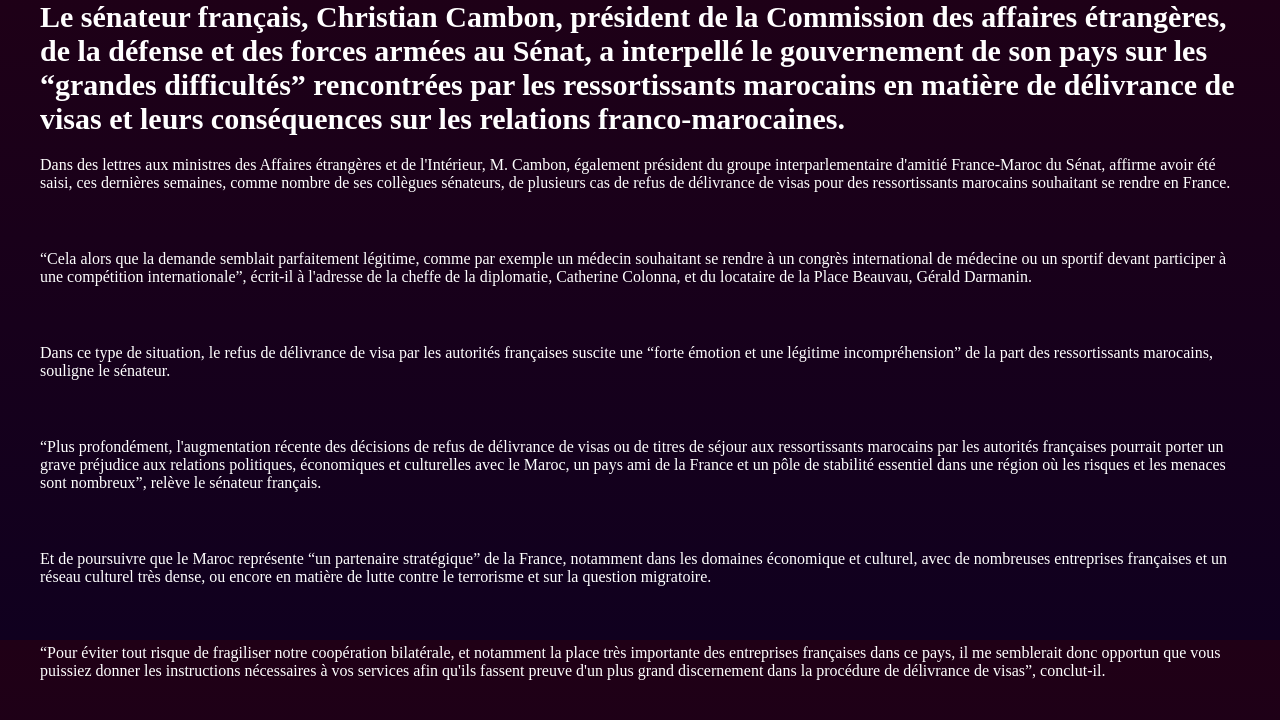
Repository: SD-Mdouka/site-n-b
Page: /
These files come from the project's save history. The page is drawn as it stood at one moment and after the next save; the edit follows.
The browser window is 1280 px wide. The pictures show the part of the page from y = 800 to 1520 px (the page is 1520 px tall before and 1480 px after).
The project was rebuilt for these pictures with package versions that can differ from the ones it lists, and the page was loaded fresh each time.

Above is the page before, as saved 2022-09-22 15:59:50.

After the next save:
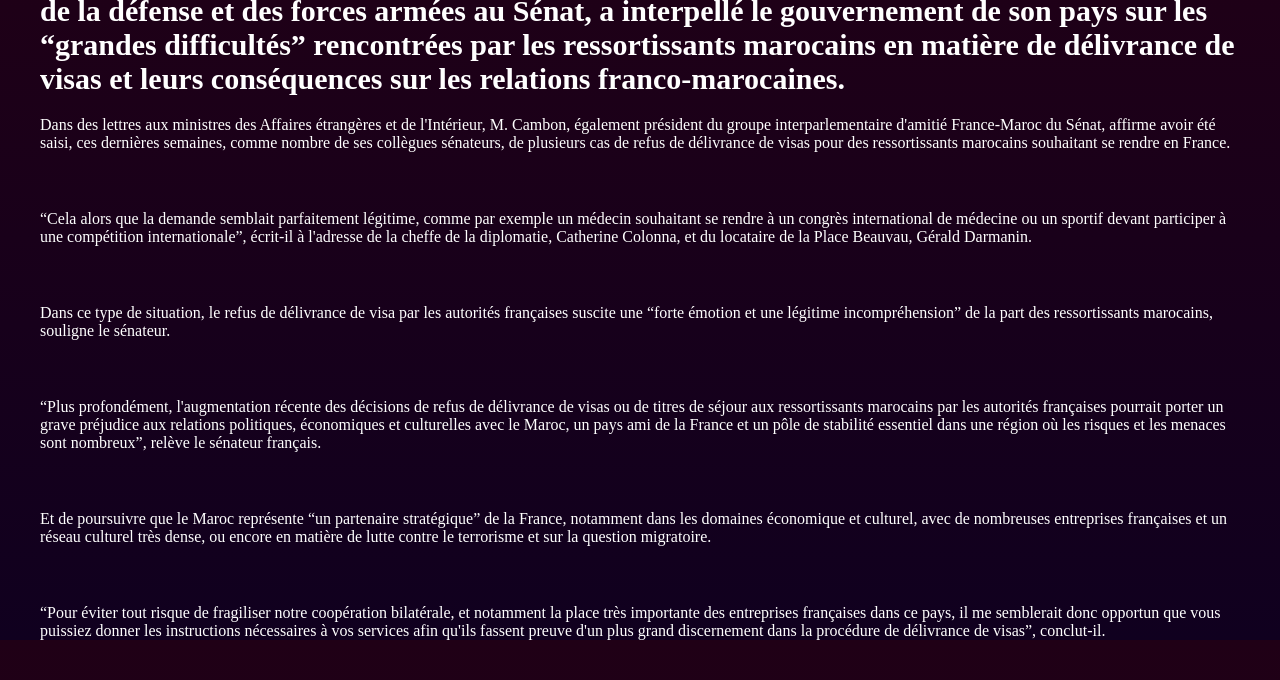
Saved 28 s later.
--- a/src/App.css
+++ b/src/App.css
@@ -83,7 +83,6 @@ header ul li a:hover,
 .content {
     color: #fff;
     padding: 20px;
-    margin-top: 40px;
     height: 100vh;
 }
 
